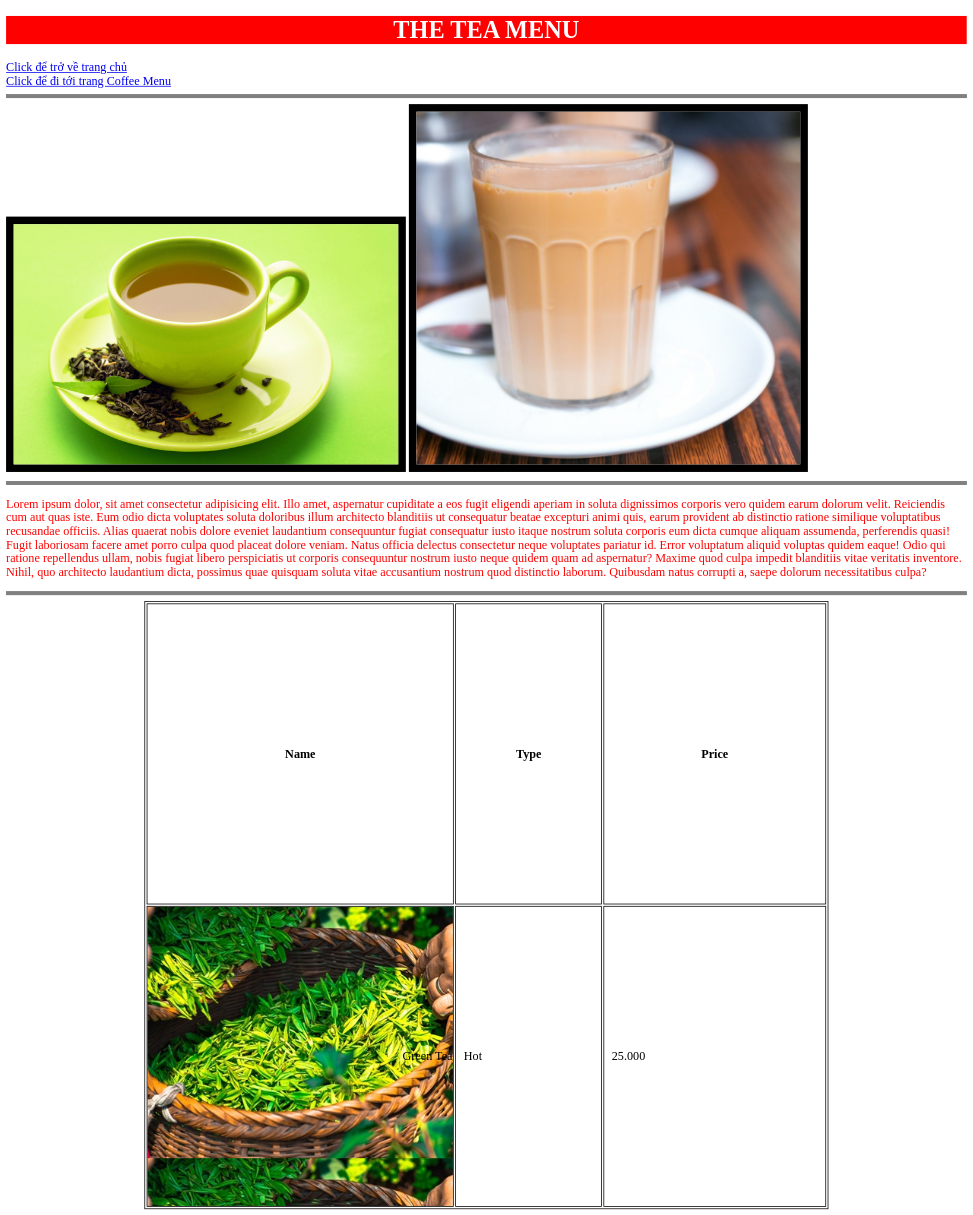
Repository: giahuy405/HomeWork_Coffee
Page: tea.html
These files come from the project's save history. The page is drawn as it stood at one moment and after the next save; the edit follows.
The browser window is 1280 px wide. The pictures show the whole page, at 76% of full size.

Above is the page before, as saved 2022-09-07 11:36:15.

### tea.html
<!DOCTYPE html>
<html lang="en">
<head>
    <meta charset="UTF-8">
    <meta http-equiv="X-UA-Compatible" content="IE=edge">
    <meta name="viewport" content="width=device-width, initial-scale=1.0">
    <title>Document</title>
    <link rel="stylesheet" href="./css/tea.css">
</head>
<body>
    <header>
        <h1 style="text-align:center;color:white;background-color:red">THE TEA MENU</h1>
        <a href="#">Click để trở về trang chủ</a>
        <br>
        <a href="#">Click để đi tới trang Coffee Menu</a>
        <hr size="5px" noshade>
    </header>
    <div class="intro-img">
        <img style="width:40%;border: 10px solid black" src="./img/Green-Tea.jpg" alt="">
        <img style="width:40%;border: 10px solid black;" src="./img/milktea.png" alt="">
        <hr size="5px" noshade>
        <p style="color: red;">Lorem ipsum dolor, sit amet consectetur adipisicing elit. Illo amet, aspernatur cupiditate a eos fugit eligendi aperiam in soluta dignissimos corporis vero quidem earum dolorum velit. Reiciendis cum aut quas iste. Eum odio dicta voluptates soluta doloribus illum architecto blanditiis ut consequatur beatae excepturi animi quis, earum provident ab distinctio ratione similique voluptatibus recusandae officiis. Alias quaerat nobis dolore eveniet laudantium consequuntur fugiat consequatur iusto itaque nostrum soluta corporis eum dicta cumque aliquam assumenda, perferendis quasi! Fugit laboriosam facere amet porro culpa quod placeat dolore veniam. Natus officia delectus consectetur neque voluptates pariatur id. Error voluptatum aliquid voluptas quidem eaque! Odio qui ratione repellendus ullam, nobis fugiat libero perspiciatis ut corporis consequuntur nostrum iusto neque quidem quam ad aspernatur? Maxime quod culpa impedit blanditiis vitae veritatis inventore. Nihil, quo architecto laudantium dicta, possimus quae quisquam soluta vitae accusantium nostrum quod distinctio laborum. Quibusdam natus corrupti a, saepe dolorum necessitatibus culpa?</p>
        <hr size="5px" noshade>
    </div>
    <table>
        <tr>
            <th colspan="2">Name</th>
            <th>Type</th>
            <th>Price</th>
        </tr>
        <tr>
            <td colspan="2" style="background-image: url(./img/greentea.jpg);text-align: right;">Green Tea</td>
            <td>Hot</td>
            <td>25.000</td>
        </tr>
    </table>
</body>
</html>

### css/tea.css
table,th,td{
    border: 1px solid black;
    border-collapse: separate;

}
table{
    width: 900px;
    height: 800px;
    margin: 0 auto;
}
table td{
    padding-left: 10px;
}

After the next save:
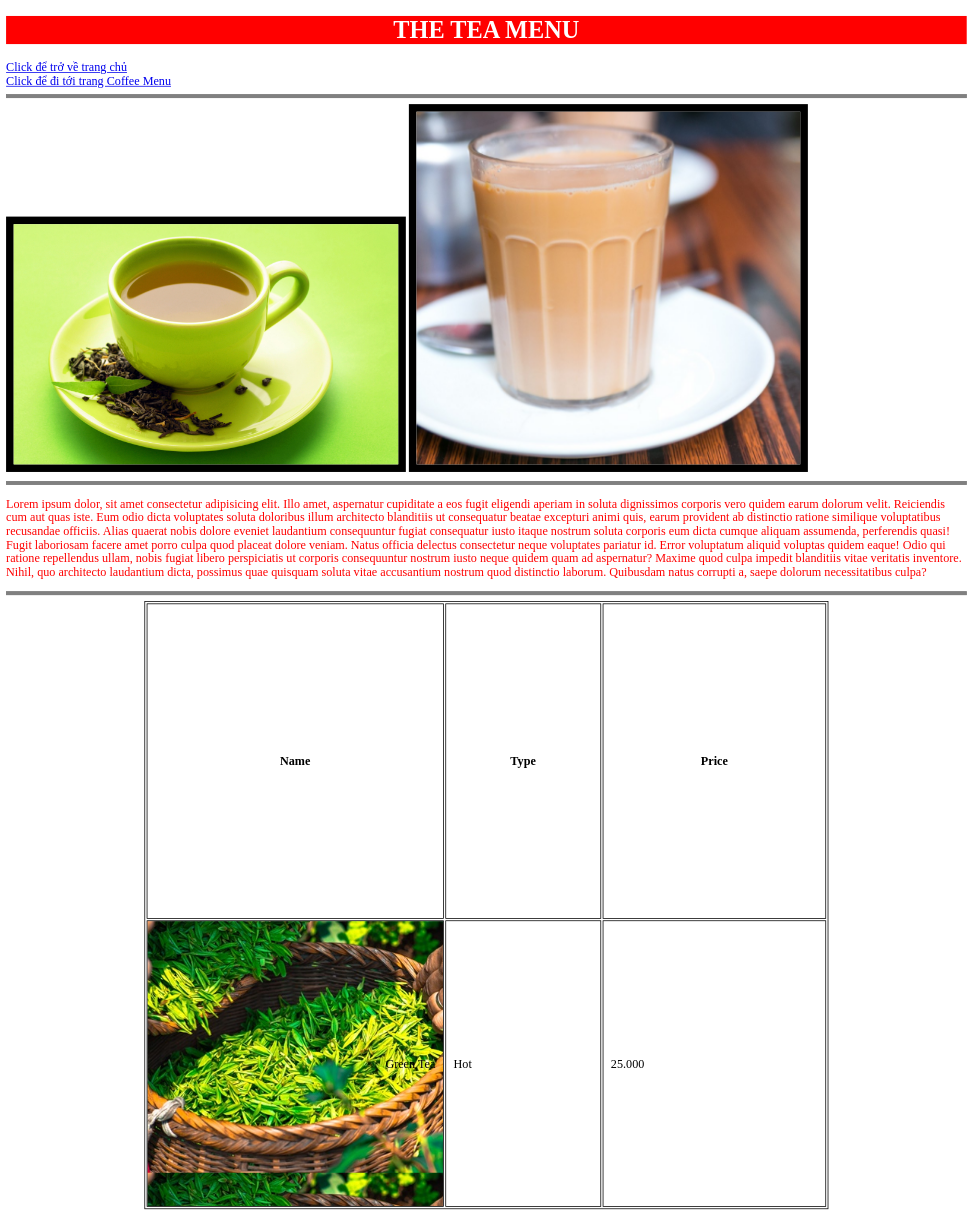
Saved 30 s later.
--- a/css/tea.css
+++ b/css/tea.css
@@ -9,5 +9,6 @@ table{
     margin: 0 auto;
 }
 table td{
-    padding-left: 10px;
+    padding: 0 10px;
+
 }
